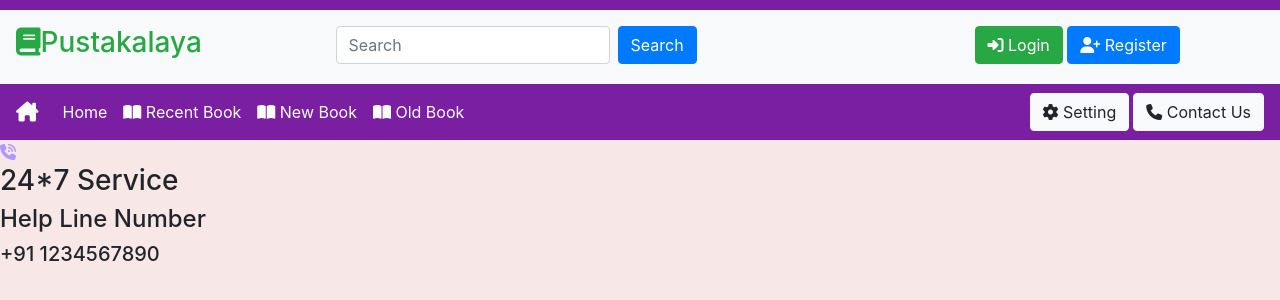
Repository: kalaprabhakar/Pustakalay_Web_Application
Page: http://localhost/E_Book_Management/helpline.jsp
These files come from the project's save history. The page is drawn as it stood at one moment and after the next save; the edit follows.
The browser window is 1280 px wide. The pictures show the whole page.
Some web libraries are served in a nearby version. The page is served by Tomcat 10.

Above is the page before, as saved 2024-02-28 15:13:16.

After the next save:
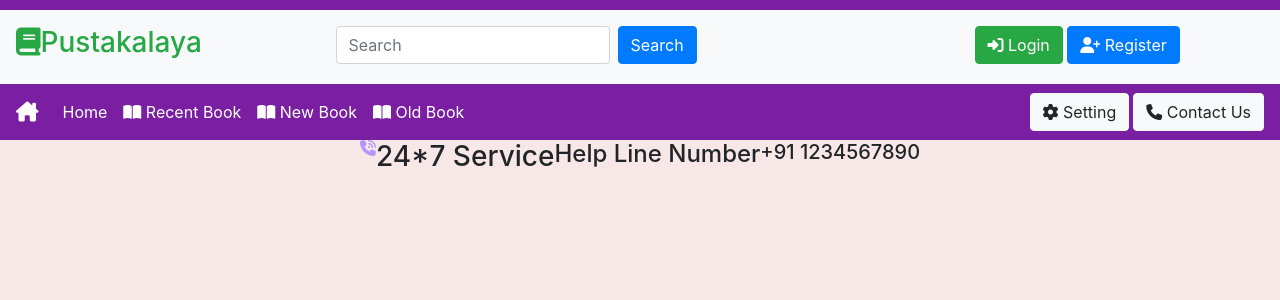
Saved 31 s later.
--- a/E_Book_Management/src/main/webapp/helpline.jsp
+++ b/E_Book_Management/src/main/webapp/helpline.jsp
@@ -10,7 +10,7 @@
 <body style="background-color: #f7e7e6">
 	<%@ include file="all_component/navbar.jsp"%>
 
-	<div class="d flex justify-content-center align-item-center">
+	<div class="d-flex justify-content-center align-item-center">
 	 <i class="fa-solid fa-phone-volume" style="color: #B197FC;"></i>
 	 <h3>24*7 Service</h3>
 	 <h4>Help Line Number</h4>
